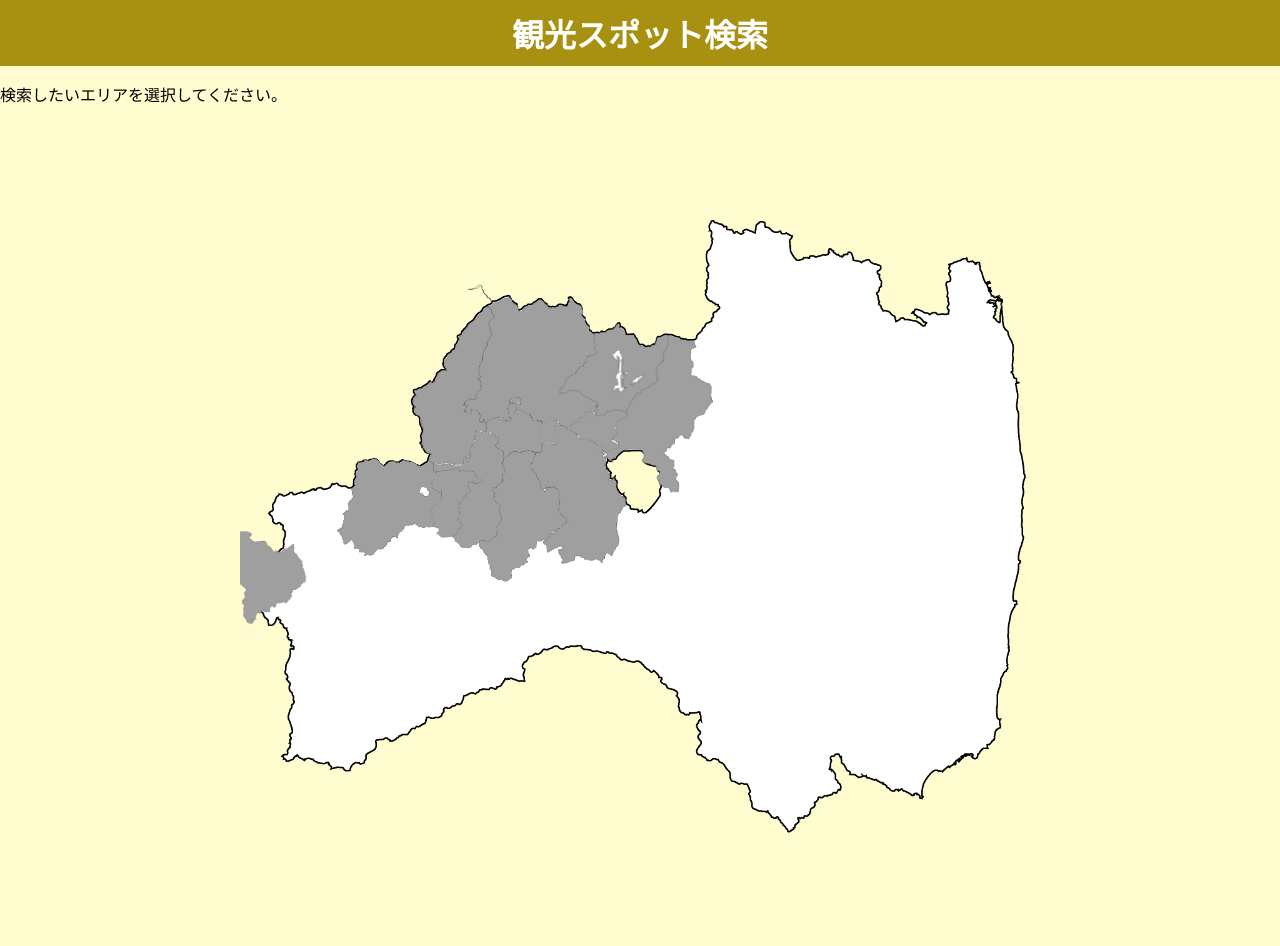
Repository: ryoutana/tanaryou.github.io
Page: Downloads/project/index.html
These files come from the project's save history. The page is drawn as it stood at one moment and after a run of saves; the edit follows.
The browser window is 1280 px wide. The pictures show the whole page.

Above is the page before, as saved 2025-04-29 14:12:51.

After the next 3 saves:
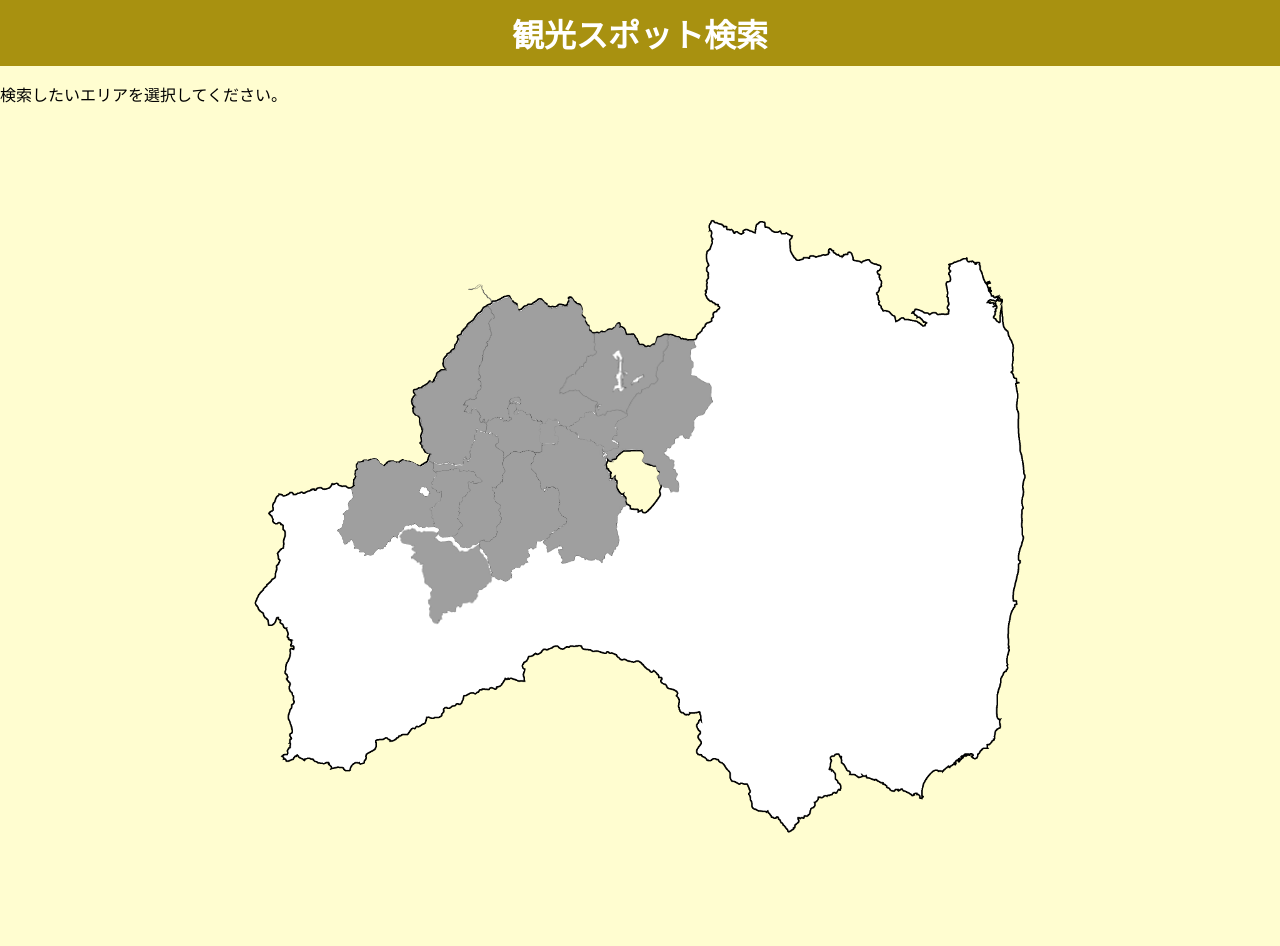
The 3 saves are shown as one change because they came seconds apart.
The last was saved 11 s later.
--- a/Downloads/project/script.js
+++ b/Downloads/project/script.js
@@ -8,7 +8,7 @@ const spots = [
     { name: '喜多方市', img: '喜多方市(白地図).png', x: 291, y: 230, width: 170 },
     { name: '金山町', img: '金山町(白地図).png', x: 150, y: 381, width: 133 },
     { name: '三島町', img: '三島町(白地図).png', x: 216, y: 377, width: 83 },
-    { name: '昭和村', img: '昭和村(白地図).png', x: 20, y: 450, width: 120 },
+    { name: '昭和村', img: '昭和村(白地図).png', x: 206, y: 450, width: 120 },
     { name: '西会津町', img: '西会津町(白地図).png', x: 214, y: 260, width: 180 },
     { name: '猪苗代町', img: '猪苗代町(白地図).png', x: 418, y: 288, width: 178 },
     { name: '湯川村', img: '湯川村(白地図).png', x: 309, y: 306, width: 32 },
